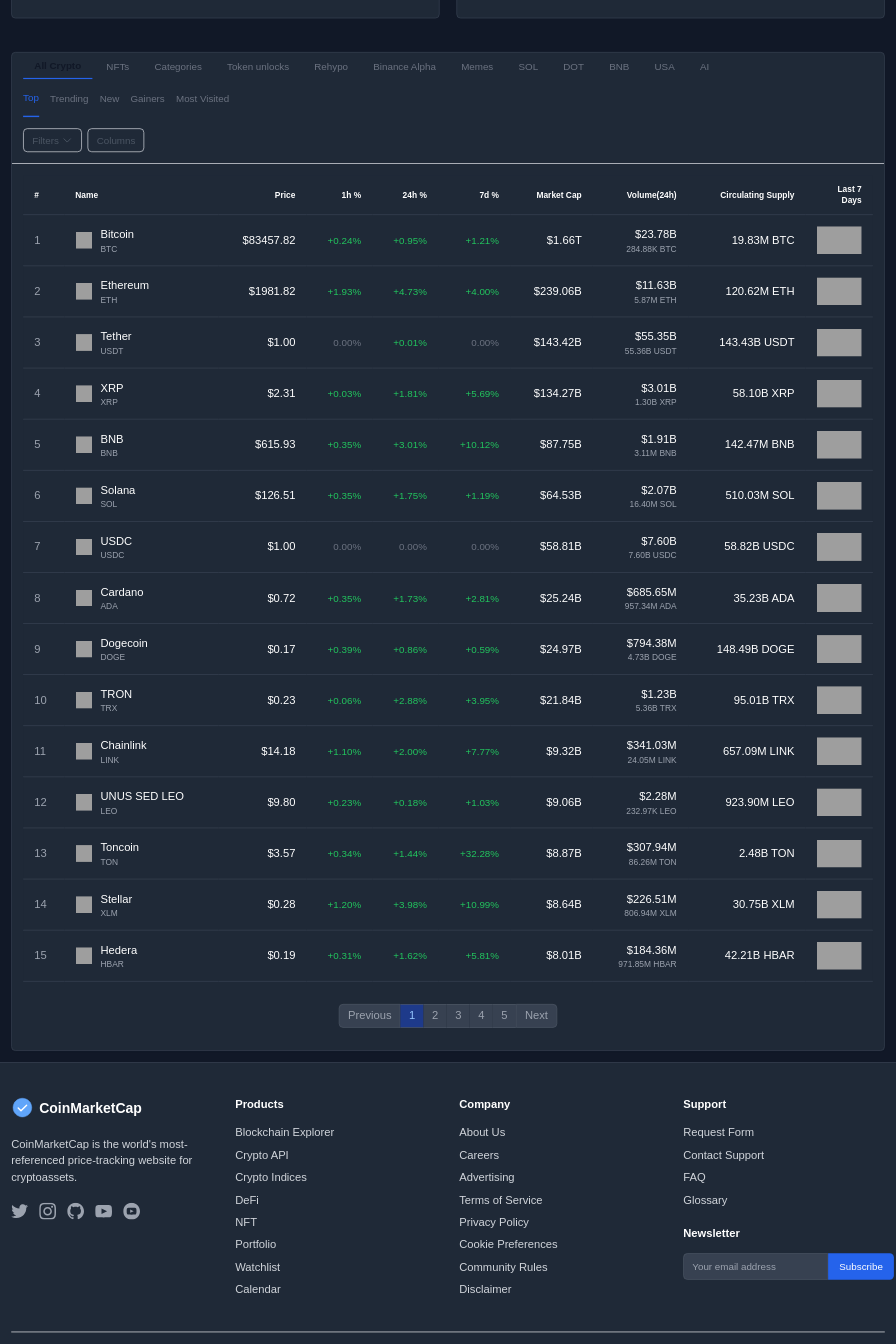
Repository: halilhaninan/testcmc
Page: /
An editor plug-in stored every save of this project. The page is shown before and after the next save, followed by the edit.
The browser window is 1280 px wide. The pictures show the part of the page from y = 876 to 2796 px (the page is 2883 px tall before and 2963 px after), at 70% of full size.
Pictures or frames that could not be fetched are drawn as grey boxes. The project was rebuilt for these pictures with package versions that can differ from the ones it lists, and the page was loaded fresh each time. Also part of the build but not shown: vite.config.ts.

Above is the page before, as saved 2025-04-07 20:41:01.

### index.html
<!DOCTYPE html>
<html lang="en">

<head>
  <meta charset="UTF-8" />
  <link rel="icon" type="image/svg+xml" href="data:[embedded picture, 526 characters]" />
  <meta name="viewport" content="width=device-width, initial-scale=1.0" />
  <title>Cryptocurrency Prices, Charts, and Market Capitalizations | CoinMarketCap Clone</title>
  <meta name="description" content="A clone of CoinMarketCap - the world's most-referenced price-tracking website for cryptoassets in the rapidly growing cryptocurrency space." />
</head>

<body>
  <div id="root"></div>
  <script type="module" src="/src/main.tsx"></script>
</body>

</html>

### src/main.tsx
import { createRoot } from "react-dom/client";
import "./index.css";
import App from "./App.tsx";

const rootElement = document.getElementById("root");
if (!rootElement) {
  throw new Error("Failed to find root element");
}

createRoot(rootElement).render(<App />);

### src/index.css
@tailwind base;
@tailwind components;
@tailwind utilities;

body {
  font-family: Arial, Helvetica, sans-serif;
}

:root {
  --background: 0 0% 100%;
  --foreground: 240 10% 3.9%;
  --card: 0 0% 100%;
  --card-foreground: 240 10% 3.9%;
  --popover: 0 0% 100%;
  --popover-foreground: 240 10% 3.9%;
  --primary: 240 5.9% 10%;
  --primary-foreground: 0 0% 98%;
  --secondary: 240 4.8% 95.9%;
  --secondary-foreground: 240 5.9% 10%;
  --muted: 240 4.8% 95.9%;
  --muted-foreground: 240 3.8% 46.1%;
  --accent: 240 4.8% 95.9%;
  --accent-foreground: 240 5.9% 10%;
  --destructive: 0 84.2% 60.2%;
  --destructive-foreground: 0 0% 98%;
  --border: 240 5.9% 90%;
  --input: 240 5.9% 90%;
  --ring: 240 5.9% 10%;
  --radius: 0.5rem;
  --chart-1: 12 76% 61%;
  --chart-2: 173 58% 39%;
  --chart-3: 197 37% 24%;
  --chart-4: 43 74% 66%;
  --chart-5: 27 87% 67%;
}

.dark {
  --background: 240 10% 3.9%;
  --foreground: 0 0% 98%;
  --card: 240 10% 3.9%;
  --card-foreground: 0 0% 98%;
  --popover: 240 10% 3.9%;
  --popover-foreground: 0 0% 98%;
  --primary: 0 0% 98%;
  --primary-foreground: 240 5.9% 10%;
  --secondary: 240 3.7% 15.9%;
  --secondary-foreground: 0 0% 98%;
  --muted: 240 3.7% 15.9%;
  --muted-foreground: 240 5% 64.9%;
  --accent: 240 3.7% 15.9%;
  --accent-foreground: 0 0% 98%;
  --destructive: 0 62.8% 30.6%;
  --destructive-foreground: 0 0% 98%;
  --border: 240 3.7% 15.9%;
  --input: 240 3.7% 15.9%;
  --ring: 240 4.9% 83.9%;
  --chart-1: 220 70% 50%;
  --chart-2: 160 60% 45%;
  --chart-3: 30 80% 55%;
  --chart-4: 280 65% 60%;
  --chart-5: 340 75% 55%;
}

@layer utilities {
  .no-scrollbar::-webkit-scrollbar {
    display: none;
  }

  .no-scrollbar {
    -ms-overflow-style: none;  /* IE and Edge */
    scrollbar-width: none;  /* Firefox */
  }
}

### src/App.tsx
import React from "react";
import Header from "./components/layout/Header";
import Footer from "./components/layout/Footer";
import GlobalStats from "./components/ui/GlobalStats";
import TrendingSection from "./components/ui/TrendingSection";
import FilterTabs from "./components/ui/FilterTabs";
import CryptoTable from "./components/ui/CryptoTable";
import { ThemeProvider } from "./context/ThemeContext";

function App() {
  return (
    <ThemeProvider>
      <div className="flex min-h-screen flex-col bg-gray-50 transition-colors duration-200 dark:bg-gray-900">
        <Header />
        <main className="flex-grow">
          <GlobalStats />
          <TrendingSection />
          <div className="container mx-auto px-4 py-4">
            <div className="overflow-hidden rounded-md border border-gray-200 bg-white shadow-sm transition-colors duration-200 dark:border-gray-700 dark:bg-gray-800">
              <FilterTabs />
              <CryptoTable />
            </div>
          </div>
        </main>
        <Footer />
      </div>
    </ThemeProvider>
  );
}

export default App;

### src/components/ui/FilterTabs.tsx
import React, { useState } from 'react';

const FilterTabs: React.FC = () => {
  const [activeTab, setActiveTab] = useState('top');

  const tabs = [
    { id: 'top', label: 'Top' },
    { id: 'trending', label: 'Trending' },
    { id: 'new', label: 'New' },
    { id: 'gainers', label: 'Gainers' },
    { id: 'mostVisited', label: 'Most Visited' }
  ];

  return (
    <div className="border-b border-gray-200 mb-4">
      <div className="container mx-auto px-4">
        {/* Main Category Tabs */}
        <div className="flex overflow-x-auto no-scrollbar space-x-1 text-sm">
          <button className="px-4 py-2 font-semibold text-gray-900 border-b-2 border-blue-600">
            All Crypto
          </button>
          <button className="px-4 py-2 text-gray-500 hover:text-gray-900">
            NFTs
          </button>
          <button className="px-4 py-2 text-gray-500 hover:text-gray-900">
            Categories
          </button>
          <button className="px-4 py-2 text-gray-500 hover:text-gray-900">
            Token unlocks
          </button>
          <button className="px-4 py-2 text-gray-500 hover:text-gray-900">
            Rehypo
          </button>
          <button className="px-4 py-2 text-gray-500 hover:text-gray-900">
            Binance Alpha
          </button>
          <button className="px-4 py-2 text-gray-500 hover:text-gray-900">
            Memes
          </button>
          <button className="px-4 py-2 text-gray-500 hover:text-gray-900">
            SOL
          </button>
          <button className="px-4 py-2 text-gray-500 hover:text-gray-900">
            DOT
          </button>
          <button className="px-4 py-2 text-gray-500 hover:text-gray-900">
            BNB
          </button>
          <button className="px-4 py-2 text-gray-500 hover:text-gray-900">
            USA
          </button>
          <button className="px-4 py-2 text-gray-500 hover:text-gray-900">
            AI
          </button>
        </div>

        {/* Subcategory Tabs */}
        <div className="flex space-x-4 mt-4">
          {tabs.map(tab => (
            <button
              key={tab.id}
              className={`pb-4 text-sm font-medium transition-colors relative ${
                activeTab === tab.id
                  ? 'text-blue-600 border-b-2 border-blue-600'
                  : 'text-gray-500 hover:text-gray-900'
              }`}
              onClick={() => setActiveTab(tab.id)}
            >
              {tab.label}
            </button>
          ))}
        </div>

        {/* Filter Buttons */}
        <div className="flex justify-between items-center py-4">
          <div className="flex space-x-2">
            <button className="py-1.5 px-3 text-sm text-gray-600 border border-gray-300 rounded-md hover:bg-gray-50 flex items-center">
              <span>Filters</span>
              <svg className="w-4 h-4 ml-1" fill="none" viewBox="0 0 24 24" stroke="currentColor">
                <path strokeLinecap="round" strokeLinejoin="round" strokeWidth="2" d="M19 9l-7 7-7-7" />
              </svg>
            </button>
            <button className="py-1.5 px-3 text-sm text-gray-600 border border-gray-300 rounded-md hover:bg-gray-50">
              Columns
            </button>
          </div>
        </div>
      </div>
    </div>
  );
};

export default FilterTabs;

### src/components/ui/CryptoTable.tsx
import React from "react";
import { cryptocurrencies } from "../../data/mockData";
import {
  formatCurrency,
  formatCurrencyWithDecimals,
  formatNumber,
  formatSupply,
  getPercentClass,
} from "../../utils/formatters";

const CryptoTable: React.FC = () => {
  return (
    <div className="container mx-auto overflow-x-auto px-4">
      <table className="min-w-full bg-white dark:bg-gray-800">
        <thead>
          <tr className="border-b border-gray-200 text-xs text-gray-500 dark:border-gray-700 dark:text-white">
            <th className="px-4 py-3 text-left">#</th>
            <th className="px-4 py-3 text-left">Name</th>
            <th className="px-4 py-3 text-right">Price</th>
            <th className="px-4 py-3 text-right">1h %</th>
            <th className="px-4 py-3 text-right">24h %</th>
            <th className="px-4 py-3 text-right">7d %</th>
            <th className="px-4 py-3 text-right">Market Cap</th>
            <th className="px-4 py-3 text-right">Volume(24h)</th>
            <th className="px-4 py-3 text-right">Circulating Supply</th>
            <th className="px-4 py-3 text-right">Last 7 Days</th>
          </tr>
        </thead>
        <tbody>
          {cryptocurrencies.map((crypto) => (
            <tr
              key={crypto.id}
              className="border-b border-gray-200 hover:bg-gray-50 dark:border-gray-700 dark:hover:bg-gray-700"
            >
              <td className="px-4 py-4 text-left text-gray-500 dark:text-gray-400">
                {crypto.rank}
              </td>
              <td className="px-4 py-4 text-left">
                <div className="flex items-center">
                  <img src={crypto.logo} alt={crypto.name} className="mr-3 h-6 w-6" />
                  <div>
                    <div className="font-medium text-gray-900 dark:text-white">{crypto.name}</div>
                    <div className="text-xs text-gray-500 dark:text-gray-400">{crypto.symbol}</div>
                  </div>
                </div>
              </td>
              <td className="px-4 py-4 text-right font-medium text-gray-900 dark:text-white">
                {formatCurrencyWithDecimals(crypto.price)}
              </td>
              <td
                className={`px-4 py-4 text-right text-sm ${getPercentClass(crypto.percentChange1h)}`}
              >
                {crypto.percentChange1h > 0 ? "+" : ""}
                {crypto.percentChange1h.toFixed(2)}%
              </td>
              <td
                className={`px-4 py-4 text-right text-sm ${getPercentClass(crypto.percentChange24h)}`}
              >
                {crypto.percentChange24h > 0 ? "+" : ""}
                {crypto.percentChange24h.toFixed(2)}%
              </td>
              <td
                className={`px-4 py-4 text-right text-sm ${getPercentClass(crypto.percentChange7d)}`}
              >
                {crypto.percentChange7d > 0 ? "+" : ""}
                {crypto.percentChange7d.toFixed(2)}%
              </td>
              <td className="px-4 py-4 text-right font-medium text-gray-900 dark:text-white">
                {formatCurrency(crypto.marketCap)}
              </td>
              <td className="px-4 py-4 text-right">
                <div className="text-gray-900 dark:text-white">
                  {formatCurrency(crypto.volume24h)}
                </div>
                <div className="text-xs text-gray-500 dark:text-gray-400">
                  {formatNumber(crypto.volume24h / crypto.price)} {crypto.symbol}
                </div>
              </td>
              <td className="px-4 py-4 text-right">
                <div className="text-gray-900 dark:text-white">
                  {formatSupply(crypto.circulatingSupply, crypto.symbol)}
                </div>
              </td>
              <td className="w-24 px-4 py-4">
                <img
                  src={crypto.sparkline}
                  alt={`${crypto.name} 7d chart`}
                  className="h-10 w-full"
                />
              </td>
            </tr>
          ))}
        </tbody>
      </table>

      {/* Pagination */}
      <div className="my-8 flex justify-center">
        <nav className="inline-flex">
          <button className="rounded-l-md border border-gray-300 bg-white px-3 py-1 text-gray-500 hover:bg-gray-50 dark:border-gray-600 dark:bg-gray-700 dark:text-gray-400 dark:hover:bg-gray-600">
            Previous
          </button>
          <button className="border-b border-t border-gray-300 bg-blue-50 px-3 py-1 font-medium text-blue-600 dark:border-gray-600 dark:bg-blue-900 dark:text-blue-300">
            1
          </button>
          <button className="border-b border-t border-gray-300 bg-white px-3 py-1 text-gray-500 hover:bg-gray-50 dark:border-gray-600 dark:bg-gray-700 dark:text-gray-400 dark:hover:bg-gray-600">
            2
          </button>
          <button className="border-b border-t border-gray-300 bg-white px-3 py-1 text-gray-500 hover:bg-gray-50 dark:border-gray-600 dark:bg-gray-700 dark:text-gray-400 dark:hover:bg-gray-600">
            3
          </button>
          <button className="border-b border-t border-gray-300 bg-white px-3 py-1 text-gray-500 hover:bg-gray-50 dark:border-gray-600 dark:bg-gray-700 dark:text-gray-400 dark:hover:bg-gray-600">
            4
          </button>
          <button className="border-b border-t border-gray-300 bg-white px-3 py-1 text-gray-500 hover:bg-gray-50 dark:border-gray-600 dark:bg-gray-700 dark:text-gray-400 dark:hover:bg-gray-600">
            5
          </button>
          <button className="rounded-r-md border border-gray-300 bg-white px-3 py-1 text-gray-500 hover:bg-gray-50 dark:border-gray-600 dark:bg-gray-700 dark:text-gray-400 dark:hover:bg-gray-600">
            Next
          </button>
        </nav>
      </div>
    </div>
  );
};

export default CryptoTable;

### src/context/ThemeContext.tsx
import React, { createContext, useContext, useState, useEffect } from "react";

type ThemeContextType = {
  isDarkMode: boolean;
  toggleTheme: () => void;
};

const ThemeContext = createContext<ThemeContextType | undefined>(undefined);

export const ThemeProvider: React.FC<{ children: React.ReactNode }> = ({ children }) => {
  const [isDarkMode, setIsDarkMode] = useState<boolean>(() => {
    // Varsayılan olarak dark mode'u aktif et
    return true;
  });

  useEffect(() => {
    if (isDarkMode) {
      document.documentElement.classList.add("dark");
    } else {
      document.documentElement.classList.remove("dark");
    }
  }, [isDarkMode]);

  const toggleTheme = () => {
    setIsDarkMode(!isDarkMode);
  };

  return (
    <ThemeContext.Provider value={{ isDarkMode, toggleTheme }}>{children}</ThemeContext.Provider>
  );
};

export const useTheme = () => {
  const context = useContext(ThemeContext);
  if (context === undefined) {
    throw new Error("useTheme must be used within a ThemeProvider");
  }
  return context;
};

### src/utils/formatters.ts
/**
 * Format large numbers to a readable format with abbreviations (K, M, B, T)
 */
export const formatNumber = (num: number): string => {
  if (num === undefined || num === null) return "N/A";

  if (num >= 1e12) {
    return (num / 1e12).toFixed(2) + 'T';
  } else if (num >= 1e9) {
    return (num / 1e9).toFixed(2) + 'B';
  } else if (num >= 1e6) {
    return (num / 1e6).toFixed(2) + 'M';
  } else if (num >= 1e3) {
    return (num / 1e3).toFixed(2) + 'K';
  } else {
    return num.toFixed(2);
  }
};

/**
 * Format a number as a currency with $ prefix
 */
export const formatCurrency = (num: number): string => {
  if (num === undefined || num === null) return "N/A";

  if (num >= 1e12) {
    return '$' + (num / 1e12).toFixed(2) + 'T';
  } else if (num >= 1e9) {
    return '$' + (num / 1e9).toFixed(2) + 'B';
  } else if (num >= 1e6) {
    return '$' + (num / 1e6).toFixed(2) + 'M';
  } else if (num >= 1e3) {
    return '$' + (num / 1e3).toFixed(2) + 'K';
  } else {
    return '$' + num.toFixed(2);
  }
};

/**
 * Format a number as a currency with $ prefix and maximum decimals
 */
export const formatCurrencyWithDecimals = (num: number, decimals = 2): string => {
  if (num === undefined || num === null) return "N/A";

  // For small numbers (stablecoins), show more decimals
  if (num < 1 && num > 0) {
    return '$' + num.toFixed(Math.min(6, decimals));
  }

  // For normal numbers
  return '$' + num.toFixed(decimals);
};

/**
 * Format a percentage with % suffix and color
 */
export const formatPercent = (num: number): string => {
  if (num === undefined || num === null) return "N/A";
  return (num > 0 ? '+' : '') + num.toFixed(2) + '%';
};

/**
 * Format supply numbers
 */
export const formatSupply = (num: number, symbol: string): string => {
  if (num === undefined || num === null) return "N/A";

  if (num >= 1e12) {
    return (num / 1e12).toFixed(2) + 'T ' + symbol;
  } else if (num >= 1e9) {
    return (num / 1e9).toFixed(2) + 'B ' + symbol;
  } else if (num >= 1e6) {
    return (num / 1e6).toFixed(2) + 'M ' + symbol;
  } else if (num >= 1e3) {
    return (num / 1e3).toFixed(2) + 'K ' + symbol;
  } else {
    return num.toFixed(2) + ' ' + symbol;
  }
};

/**
 * Get CSS class for positive or negative percentage
 */
export const getPercentClass = (percent: number): string => {
  if (percent > 0) {
    return 'text-green-500';
  } else if (percent < 0) {
    return 'text-red-500';
  } else {
    return 'text-gray-500';
  }
};

Loaded but not shown: tailwind.config.js (118 lines, source omitted); src/components/layout/Footer.tsx (269 lines, source omitted); src/data/mockData.ts (340 lines, source omitted); src/components/layout/Header.tsx (201 lines, source omitted); src/components/ui/GlobalStats.tsx (109 lines, source omitted); src/components/ui/TrendingSection.tsx (97 lines, source omitted)

After the next save:
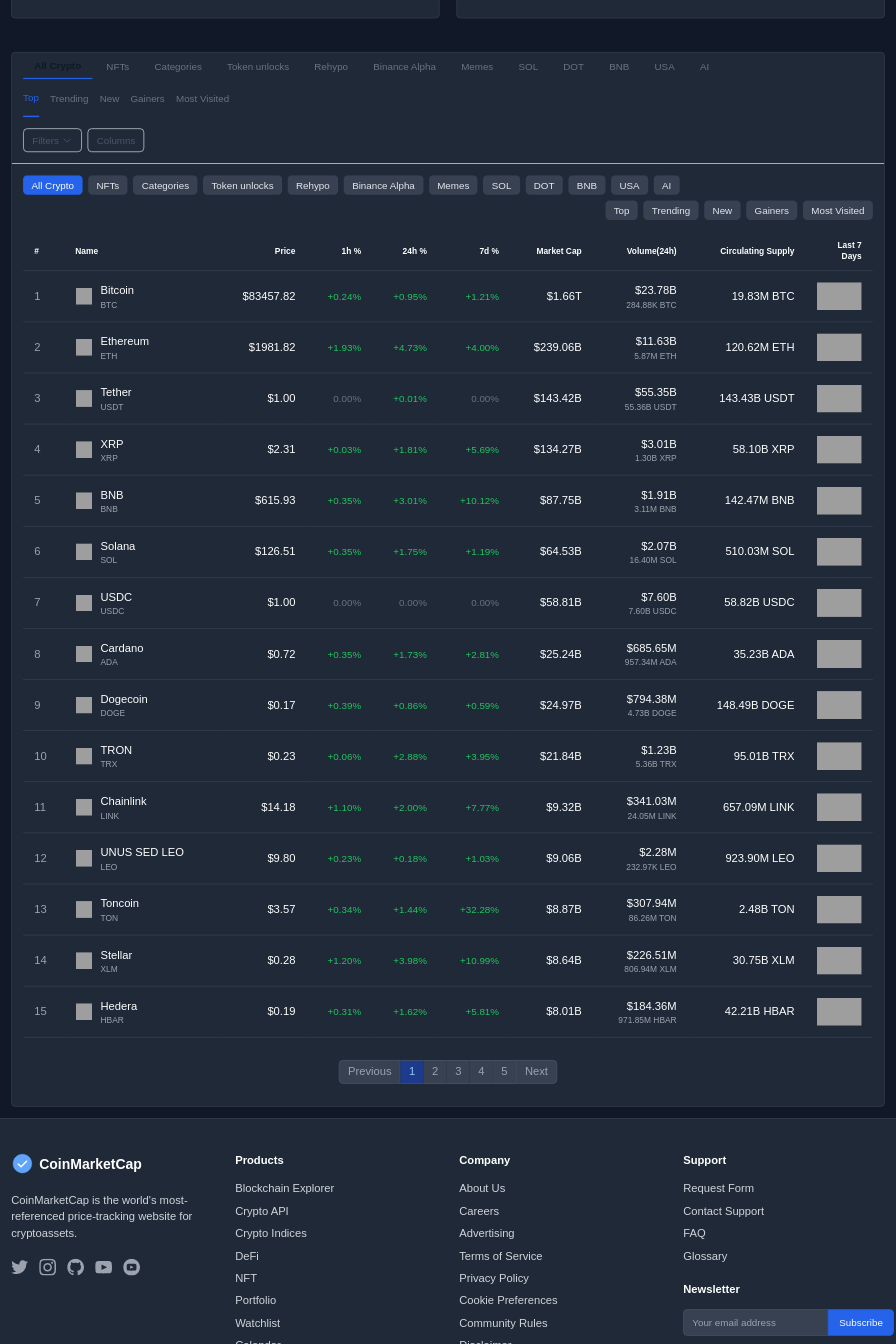
Saved 28 s later.
--- a/src/components/ui/CryptoTable.tsx
+++ b/src/components/ui/CryptoTable.tsx
@@ -11,6 +11,63 @@
 const CryptoTable: React.FC = () => {
   return (
     <div className="container mx-auto overflow-x-auto px-4">
+      {/* Filters and Categories */}
+      <div className="mb-4 flex flex-wrap items-center gap-2 text-sm">
+        <div className="flex flex-wrap gap-2">
+          <button className="rounded-md bg-blue-600 px-3 py-1 text-white">All Crypto</button>
+          <button className="rounded-md bg-gray-100 px-3 py-1 text-gray-700 hover:bg-gray-200 dark:bg-gray-700 dark:text-gray-200 dark:hover:bg-gray-600">
+            NFTs
+          </button>
+          <button className="rounded-md bg-gray-100 px-3 py-1 text-gray-700 hover:bg-gray-200 dark:bg-gray-700 dark:text-gray-200 dark:hover:bg-gray-600">
+            Categories
+          </button>
+          <button className="rounded-md bg-gray-100 px-3 py-1 text-gray-700 hover:bg-gray-200 dark:bg-gray-700 dark:text-gray-200 dark:hover:bg-gray-600">
+            Token unlocks
+          </button>
+          <button className="rounded-md bg-gray-100 px-3 py-1 text-gray-700 hover:bg-gray-200 dark:bg-gray-700 dark:text-gray-200 dark:hover:bg-gray-600">
+            Rehypo
+          </button>
+          <button className="rounded-md bg-gray-100 px-3 py-1 text-gray-700 hover:bg-gray-200 dark:bg-gray-700 dark:text-gray-200 dark:hover:bg-gray-600">
+            Binance Alpha
+          </button>
+          <button className="rounded-md bg-gray-100 px-3 py-1 text-gray-700 hover:bg-gray-200 dark:bg-gray-700 dark:text-gray-200 dark:hover:bg-gray-600">
+            Memes
+          </button>
+          <button className="rounded-md bg-gray-100 px-3 py-1 text-gray-700 hover:bg-gray-200 dark:bg-gray-700 dark:text-gray-200 dark:hover:bg-gray-600">
+            SOL
+          </button>
+          <button className="rounded-md bg-gray-100 px-3 py-1 text-gray-700 hover:bg-gray-200 dark:bg-gray-700 dark:text-gray-200 dark:hover:bg-gray-600">
+            DOT
+          </button>
+          <button className="rounded-md bg-gray-100 px-3 py-1 text-gray-700 hover:bg-gray-200 dark:bg-gray-700 dark:text-gray-200 dark:hover:bg-gray-600">
+            BNB
+          </button>
+          <button className="rounded-md bg-gray-100 px-3 py-1 text-gray-700 hover:bg-gray-200 dark:bg-gray-700 dark:text-gray-200 dark:hover:bg-gray-600">
+            USA
+          </button>
+          <button className="rounded-md bg-gray-100 px-3 py-1 text-gray-700 hover:bg-gray-200 dark:bg-gray-700 dark:text-gray-200 dark:hover:bg-gray-600">
+            AI
+          </button>
+        </div>
+        <div className="ml-auto flex gap-2">
+          <button className="rounded-md bg-gray-100 px-3 py-1 text-gray-700 hover:bg-gray-200 dark:bg-gray-700 dark:text-gray-200 dark:hover:bg-gray-600">
+            Top
+          </button>
+          <button className="rounded-md bg-gray-100 px-3 py-1 text-gray-700 hover:bg-gray-200 dark:bg-gray-700 dark:text-gray-200 dark:hover:bg-gray-600">
+            Trending
+          </button>
+          <button className="rounded-md bg-gray-100 px-3 py-1 text-gray-700 hover:bg-gray-200 dark:bg-gray-700 dark:text-gray-200 dark:hover:bg-gray-600">
+            New
+          </button>
+          <button className="rounded-md bg-gray-100 px-3 py-1 text-gray-700 hover:bg-gray-200 dark:bg-gray-700 dark:text-gray-200 dark:hover:bg-gray-600">
+            Gainers
+          </button>
+          <button className="rounded-md bg-gray-100 px-3 py-1 text-gray-700 hover:bg-gray-200 dark:bg-gray-700 dark:text-gray-200 dark:hover:bg-gray-600">
+            Most Visited
+          </button>
+        </div>
+      </div>
+
       <table className="min-w-full bg-white dark:bg-gray-800">
         <thead>
           <tr className="border-b border-gray-200 text-xs text-gray-500 dark:border-gray-700 dark:text-white">
